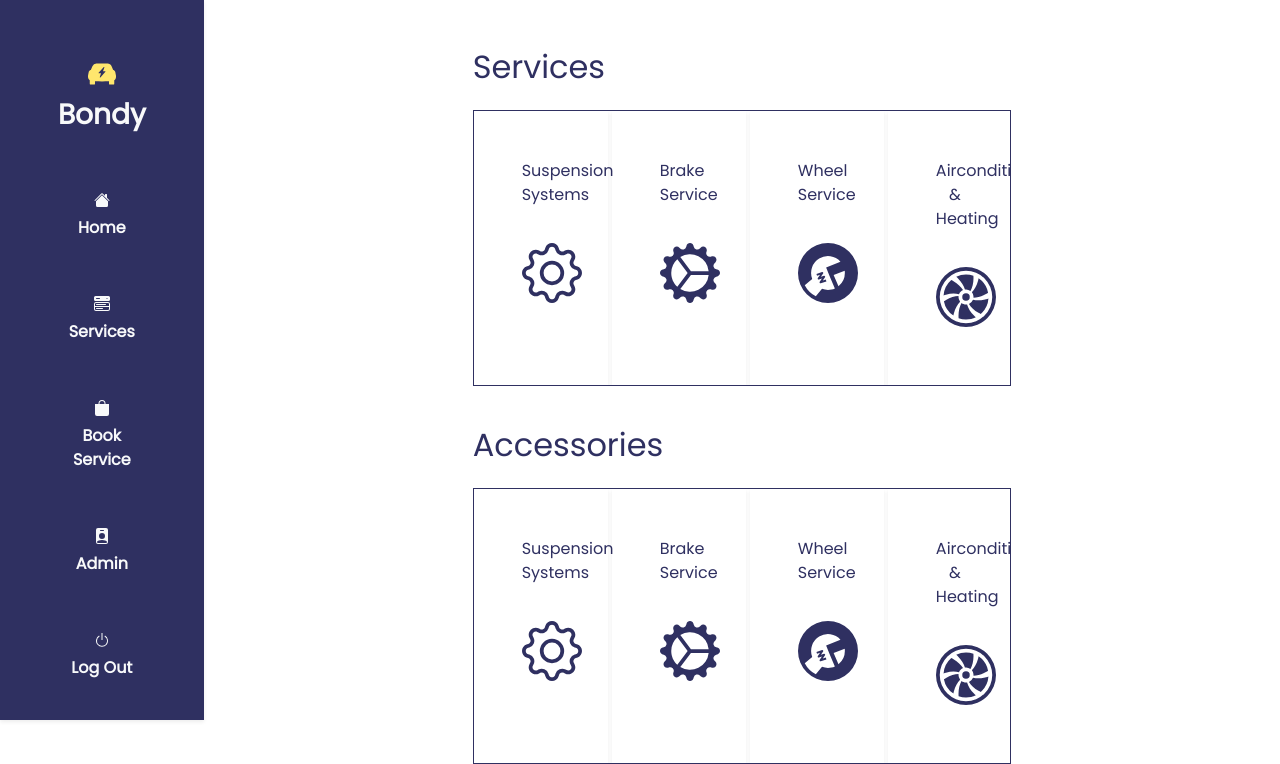
Repository: duzzisantos/bondy
Page: /
The author's editor kept a copy of each file at every save. The page is drawn from the files as they stood at one save, then again after the next save.
The browser window is 1280 px wide. The pictures show the whole page.
Some web libraries are served in a nearby version. The project was rebuilt for these pictures with package versions that can differ from the ones it lists, and the page was loaded fresh each time.

Above is the page before, as saved 2023-06-18 01:28:26.

### public/index.html
<!DOCTYPE html>
<html lang="en">
  <head>
    <meta charset="utf-8" />
    <link rel="icon" href="%PUBLIC_URL%/favicon.ico" />
    <meta name="viewport" content="width=device-width, initial-scale=1" />
    <meta name="theme-color" content="#000000" />
    <meta
      name="description"
      content="Web site created using create-react-app"
    />
    <link rel="apple-touch-icon" href="%PUBLIC_URL%/logo192.png" />
    <!-- Option 1: Include in HTML -->
    <link
      rel="stylesheet"
      href="https://cdn.jsdelivr.net/npm/bootstrap-icons@1.3.0/font/bootstrap-icons.css"
    />
    <link rel="preconnect" href="https://fonts.googleapis.com" />
    <link rel="preconnect" href="https://fonts.gstatic.com" crossorigin />
    <!--
      manifest.json provides metadata used when your web app is installed on a
      user's mobile device or desktop. See https://developers.google.com/web/fundamentals/web-app-manifest/
    -->
    <link rel="manifest" href="%PUBLIC_URL%/manifest.json" />
    <!--
      Notice the use of %PUBLIC_URL% in the tags above.
      It will be replaced with the URL of the `public` folder during the build.
      Only files inside the `public` folder can be referenced from the HTML.

      Unlike "/favicon.ico" or "favicon.ico", "%PUBLIC_URL%/favicon.ico" will
      work correctly both with client-side routing and a non-root public URL.
      Learn how to configure a non-root public URL by running `npm run build`.
    -->
    <title>React App</title>
  </head>
  <body>
    <noscript>You need to enable JavaScript to run this app.</noscript>
    <div id="root"></div>
    <!--
      This HTML file is a template.
      If you open it directly in the browser, you will see an empty page.

      You can add webfonts, meta tags, or analytics to this file.
      The build step will place the bundled scripts into the <body> tag.

      To begin the development, run `npm start` or `yarn start`.
      To create a production bundle, use `npm run build` or `yarn build`.
    -->
  </body>
</html>

### src/index.js
import React from "react";
import ReactDOM from "react-dom/client";
import "./index.css";
import App from "./App";
import "bootstrap/dist/css/bootstrap.min.css";
import { BrowserRouter as Router } from "react-router-dom";

const root = ReactDOM.createRoot(document.getElementById("root"));
root.render(
  <React.StrictMode>
    <Router>
      <App />
    </Router>
  </React.StrictMode>
);

### src/App.js
import "./App.css";
import "bootstrap";
import SideBar from "./components/Navigation/SideBar";
import { Routes, Route } from "react-router-dom";
import LandingPage from "./views/LandingPage";
function App() {
  return (
    <div className="App d-flex flex-row flex-nowrap">
      <SideBar />
      <Routes>
        <Route path="/" element={<LandingPage />} />
        <Route path="/home" element={<LandingPage />} />
      </Routes>
    </div>
  );
}

export default App;

### src/App.css
@import url("https://fonts.googleapis.com/css2?family=Cabin&family=Montserrat:wght@200&family=Poppins&display=swap");

* {
  font-family: "Poppins", sans-serif;
}
.App {
  text-align: center;
}

.custom-color {
  color: #2f3061 !important;
}

.custom-bg-color {
  background-color: #2f3061;
}

.custom-border {
  border: 1px solid #2f3061;
}

### src/components/Navigation/SideBar.tsx
import React, { FunctionComponent } from "react";
import "react-bootstrap";
import "../../App.css";
import "./Navigation.scss";
import { Link } from "react-router-dom";
import {
  HouseFill,
  BagFill,
  PersonBadgeFill,
  Power,
  EvFrontFill,
  MenuButtonWideFill,
} from "react-bootstrap-icons";

const commonLinkClasses =
  "d-flex flex-column justify-content-center align-items-center p-1 gap-2 text-light text-decoration-none fw-bold";
const SideBar: FunctionComponent = () => {
  return (
    <div className="col-2 vh-100 custom-bg-color shadow-sm p-5 text-light d-flex flex-column vstack gap-5">
      <Link to={"/"} className={commonLinkClasses + " fs-3"}>
        <span>
          <EvFrontFill className="brand-icon-color" /> Bondy
        </span>
      </Link>
      <Link to={"/home"} className={commonLinkClasses}>
        <HouseFill />
        Home
      </Link>

      <Link to={"/services"} className={commonLinkClasses}>
        <MenuButtonWideFill />
        Services
      </Link>

      <Link to={"/book-service"} className={commonLinkClasses}>
        <BagFill />
        Book Service
      </Link>

      <Link to={"/admin"} className={commonLinkClasses}>
        <PersonBadgeFill />
        Admin
      </Link>

      <Link to={"/logout"} className={commonLinkClasses}>
        <Power />
        Log Out
      </Link>
    </div>
  );
};

export default SideBar;

### src/views/LandingPage.tsx
import React, { FunctionComponent } from "react";
import "../components/Home/LandingPage.scss";
import LandingPageScrollContainer from "src/components/Home/LandingPageScrollContainer";
import { servicesList } from "src/components/Home/landingPageContent";

const LandingPage: FunctionComponent = () => {
  const handleClick = () => {
    console.log("This was clicked");
  };
  return (
    <div className="col-lg-11 pt-5 vstack gap-5 d-flex flex-column align-items-center">
      <LandingPageScrollContainer
        content={servicesList}
        category="Services"
        handleClick={handleClick}
      />
      <LandingPageScrollContainer
        content={servicesList}
        category="Accessories"
        handleClick={handleClick}
      />
    </div>
  );
};

export default LandingPage;

### src/components/Navigation/Navigation.scss
.brand-icon-color {
  color: #ffe66d !important;
}

### src/components/Home/LandingPage.scss
.scroll-container-fixed {
  position: fixed !important;
}

.scroll-container-size {
  height: 330px !important;
}

.service-card {
  height: 270px !important;
}

.service-icon-font {
  font-size: 60px !important;
}

### src/components/Home/LandingPageScrollContainer.tsx
import React, { FunctionComponent } from "react";
import "../../App.css";
import { Link } from "react-router-dom";

interface ScrollContainerProps {
  content: any[];
  category: string;
  handleClick: any;
}
const LandingPageScrollContainer: FunctionComponent<ScrollContainerProps> = ({
  content,
  category,
  handleClick,
}) => {
  return (
    <section className="col-6 scroll-container-size">
      <h2 className="text-start mb-4 custom-color">{category}</h2>
      <div className="overflow-x-scroll w-100 d-flex flex-row hstack gap-1 custom-border">
        {content.map((element, index) => (
          <Link
            to={`/services/${element.category}`}
            key={index}
            className={`text-decoration-none text-dark w-25 p-5 shadow-sm d-flex flex-column vstack gap-3`}
            onClick={handleClick}
          >
            <span className="custom-color">{element.category}</span>
            <span className={`service-icon-font custom-color`}>
              {element.icon}
            </span>
          </Link>
        ))}
      </div>
    </section>
  );
};

export default LandingPageScrollContainer;

### src/components/Home/landingPageContent.tsx
import React from "react";
import {
  Gear,
  GearWideConnected,
  WrenchAdjustableCircleFill,
  Fan,
  DropletHalf,
  CarFrontFill,
} from "react-bootstrap-icons";
export const servicesList = [
  {
    id: 1,
    category: "Suspension Systems",
    icon: <Gear />,
  },
  {
    id: 2,
    category: "Brake Service",
    icon: <GearWideConnected />,
  },
  {
    id: 3,
    category: "Wheel Service",
    icon: <WrenchAdjustableCircleFill />,
  },
  {
    id: 4,
    category: "Airconditioning & Heating",
    icon: <Fan />,
  },
  {
    id: 5,
    category: "Oil Change",
    icon: <DropletHalf />,
  },
  {
    id: 6,
    category: "Body Work",
    icon: <CarFrontFill />,
  },
];

Loaded but not shown: src/index.css (common file)

After the next save:
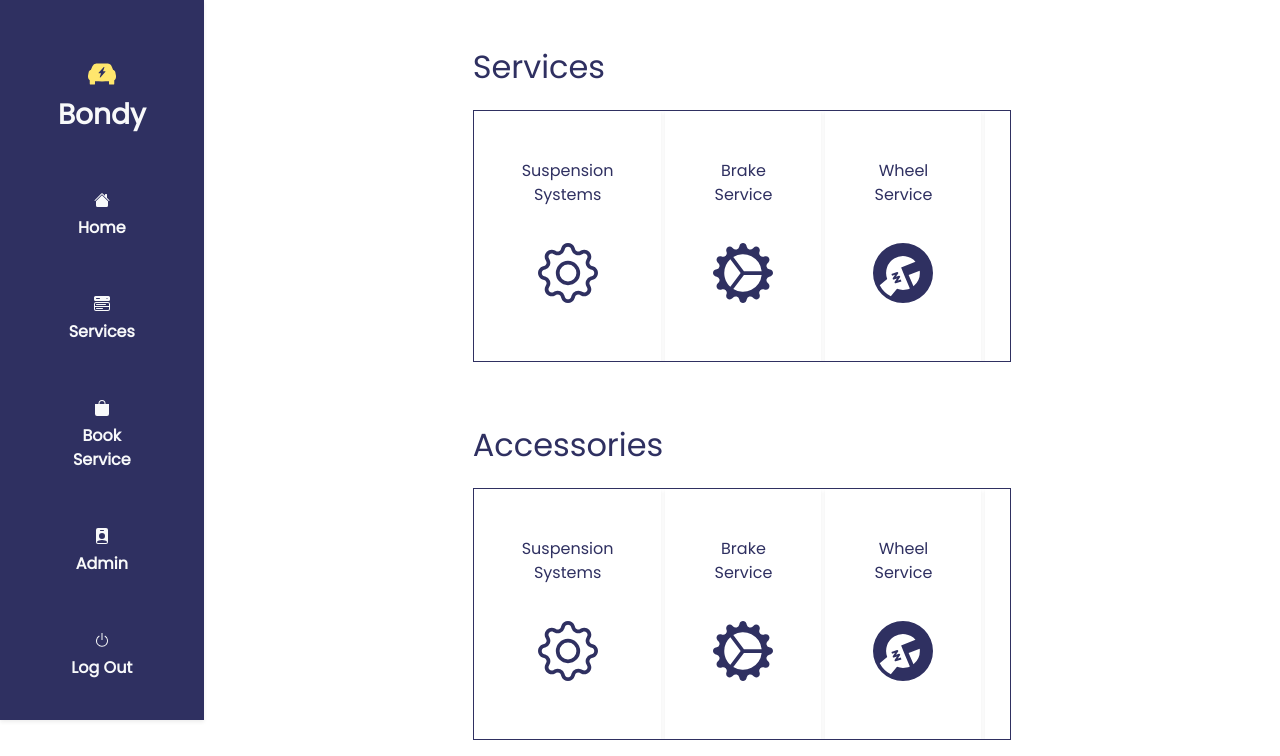
Saved 81 s later.
--- a/src/components/Home/LandingPageScrollContainer.tsx
+++ b/src/components/Home/LandingPageScrollContainer.tsx
@@ -20,7 +20,7 @@ const LandingPageScrollContainer: FunctionComponent<ScrollContainerProps> = ({
           <Link
             to={`/services/${element.category}`}
             key={index}
-            className={`text-decoration-none text-dark w-25 p-5 shadow-sm d-flex flex-column vstack gap-3`}
+            className={`text-decoration-none text-dark w-50 p-5 shadow-sm d-flex flex-column vstack gap-3`}
             onClick={handleClick}
           >
             <span className="custom-color">{element.category}</span>
